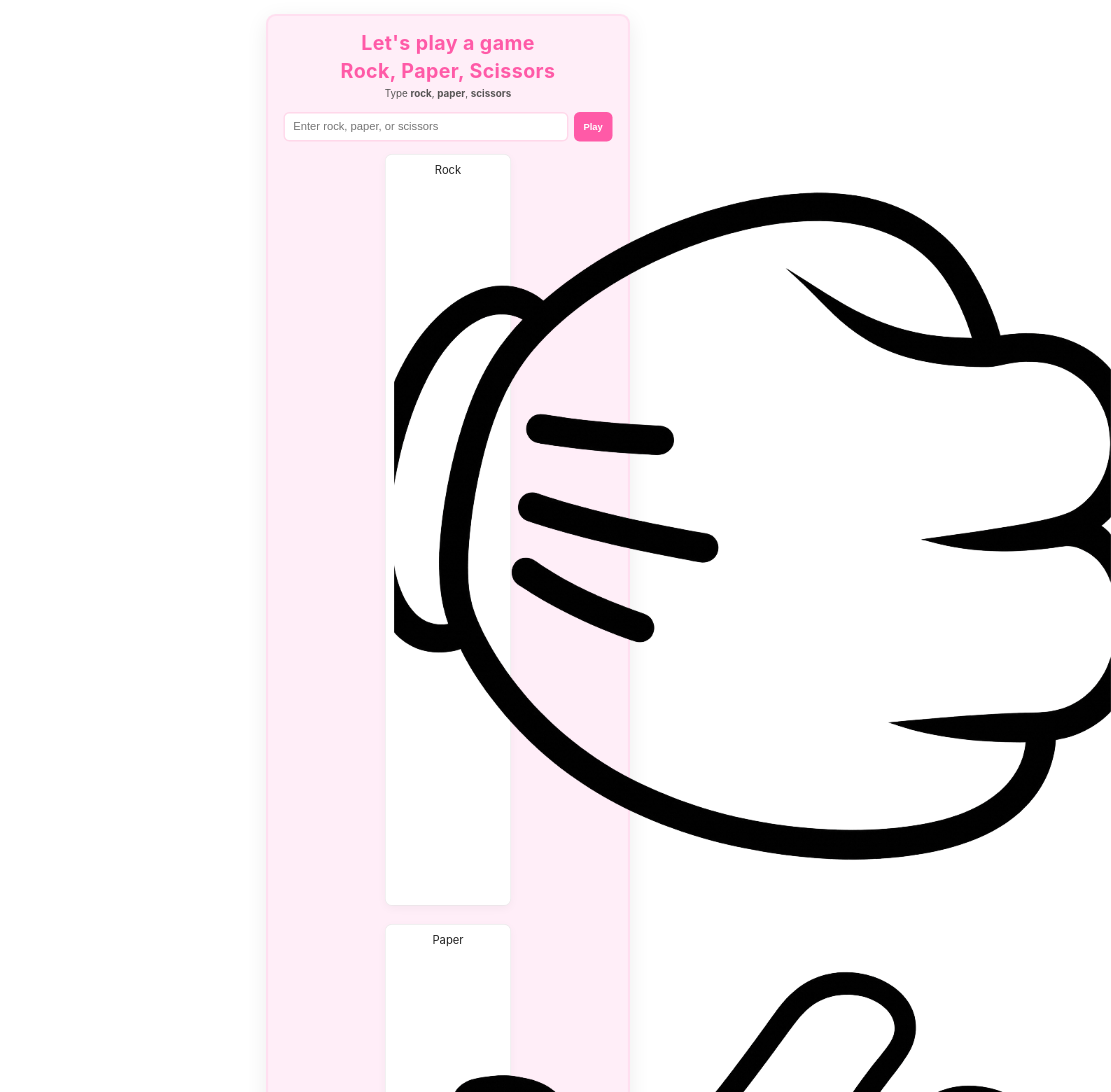
Repository: brittanyramirez/RPS-Game
Page: rps.html
The author's editor kept a copy of each file at every save. The page is drawn from the files as they stood at one save, then again after the next save.
The browser window is 1280 px wide. The page is 1587 px wide, so the pictures cover 1587 px, including what lies to the right of the window. The pictures show the part of the page from y = 0 to 1560 px (the page is 4109 px tall before and 4097 px after), at 70% of full size.

Above is the page before, as saved 2025-11-14 11:42:20.

### rps.html
<!DOCTYPE html>
<html lang="en">
<head>
    <meta charset="UTF-8">
    <meta name="viewport" content="width=device-width, initial-scale=1.0">
    <link rel="stylesheet" href="rps.css">
    <title>Rock Paper Scissor Game</title>

</head>
<body>
    <!-- This is the main container that holds the whole game-->
    <div class="container">
         <h1 class="title">Let's play a game</h1>
         <h2 class="title">Rock, Paper, Scissors</h2>
         <p class="subtitle"> Type <strong>rock</strong>, <strong>paper</strong>, <strong>scissors</strong></p>
         <!-- this is the input box-->
         <div class="input-row">
            <input id="userInput" type="text" placeholder="Enter rock, paper, or scissors" autocomplete="off">
            <button id="playBtn"> Play</button>
    </div>

    <div class="display">
        <div class="choice-block">
            <div class="label">Rock</div>
            <img id="rps" src="images/rockmickey.png" alt="rock">

     </div>
      <div class="display">
        <div class="choice-block">
            <div class="label">Paper</div>
            <img id="rps" src="images/paperminnie.png" alt="paper">

     </div>
      <div class="display">
        <div class="choice-block">
            <div class="label">Scissors</div>
            <img id="rps" src="images/scissorsminnie.png" alt="scissors">

     </div>

<script src="rps.js"></script>

     <footer>
Thank you for playing our Minnie Mouse themed Rock Paper Scissors.
</footer>
    </body>

</html>

### rps.css
:root{
    --bg: #fff6fb;
    --card: #ffeef8;
    --accent: #ff5aa7;
    --text: #222;
    --muted: #565454;
}
*{box-sizing:border-box}
/* asterisk= universal selector ; applying this to every element on the entire page---- changes how width and height are calculated for all elements. Prevents from elements from accidentally growing bigger
*/

body{
    margin: 0;
    font-family: apple-system, BlinkMacSystemFont, "Segoe UI", Roboto, "Helvetica Neue", Arial;
    background: linear-gradient(180deg,var (--bg), #fff);
    color:var(--text);
    display: flex;
    align-items: center;
    justify-content: center;
    min-height: 100vh;
    padding: 20px;
}

.container{
    width: 100%;
    max-width: 520px;
    background: var(--card);
    border-radius: 14px;
    padding: 22px;
    box-shadow: 0 8px 30px rgba(0,0,0,0.08);
    text-align: center;
    border: 3px solid rgba(255,90,167,0.1);
}
.title{
    margin: 0 0 6px;
    font-size: 28px;
    letter-spacing: 0.6px;
    color:var(--accent);
}

.subtitle{
    margin: 0 0 18px;
    color:var(--muted);
    font-size:14px;
}

.input-row{
    display:flex;
    gap:8px;
    justify-content: center;
    margin-bottom:18px;
}

input#userInput{
    flex:1;
    padding: 10px 12px;
    font-size:16px;
    border-radius: 8px;
    border: 2px solid #ffd8ea;
    outline:none;
    background: #fff;
}

button#playBtn{
    padding: 10px 14px;
    border-radius: 8px;
    background:var(--accent);
    color:white;
    font-weight: 600;
    border:none;
    cursor: pointer;
}

.display{
    display: flex;
    gap:18px;
    justify-content: center;
    margin-top:8px;
    flex-wrap: wrap;
}

.choice-block{
    width:180px;
    background:white;
    border-radius: 10px;
    padding: 12px;
    border: 1px solid rgba(0,0,0,0.08);
    box-shadow: 0 4px 14px rgba(0,0,0,0.04);
}

.label

Loaded but not shown: rps.js (no copy from this time; the picture is the same without it)

After the next save:
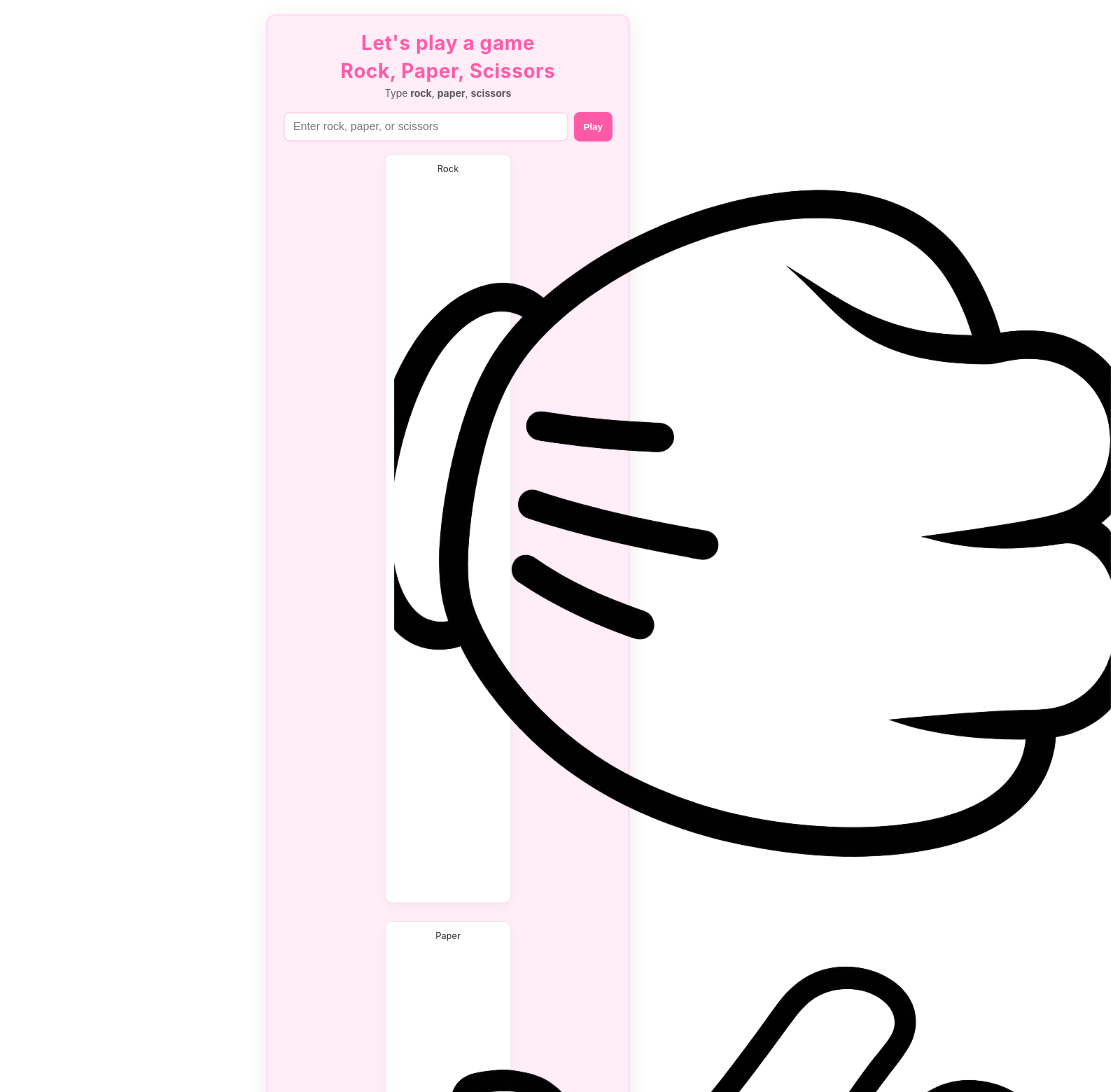
Saved 13 s later.
--- a/rps.css
+++ b/rps.css
@@ -88,4 +88,7 @@
     box-shadow: 0 4px 14px rgba(0,0,0,0.04);
 }
 
-.label
+.label{
+    font-size: 13px;
+    color:var()
+}
